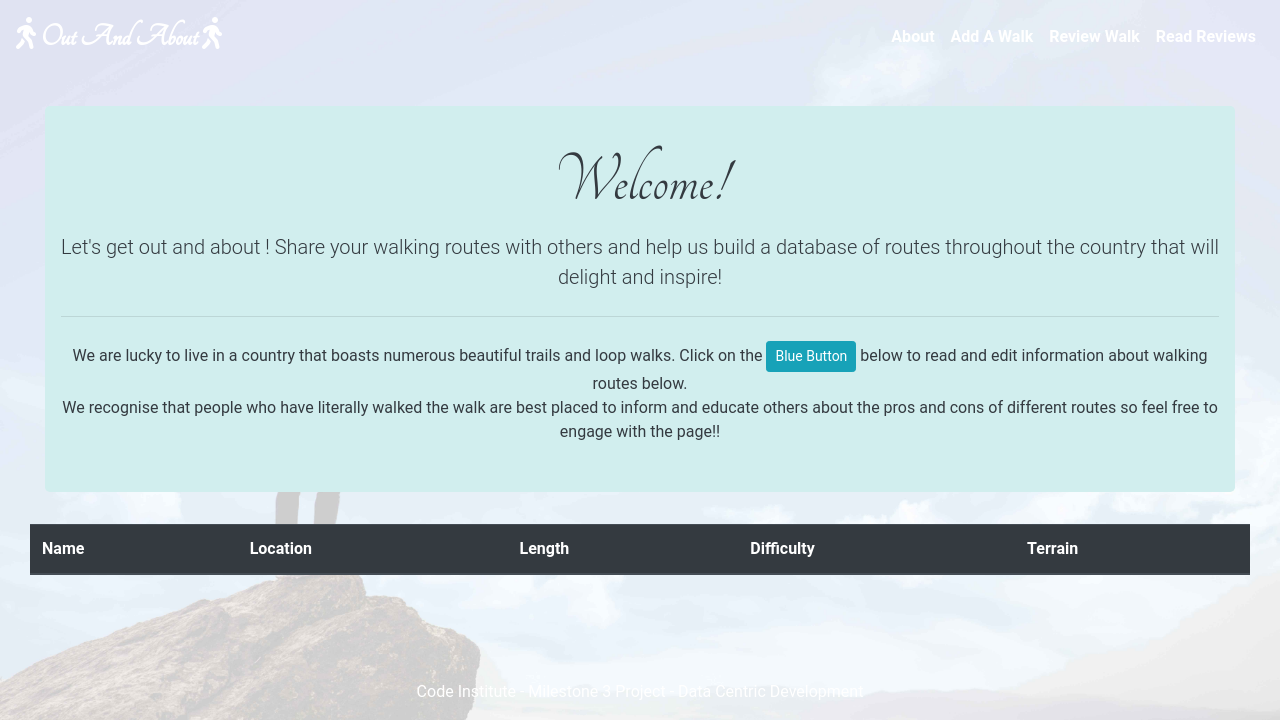
Repository: 5803emma/days-of-walking
Page: http://localhost/
The author's editor kept a record of every edit. The page is drawn from the files as they stood at one moment, then again after the next edit.
The browser window is 1280 px wide. The pictures show the whole page.
Some web libraries are served in a nearby version. The page is served by the project's application, run on Flask 3 (app.py). Queries for data that is not in the repository find no rows.

Above is the page before.

### templates/home.html
{% extends 'base.html'%} {% block content %}

<div class="container-fluid">

 <div class="row-welcome justify-content-center">
  <div class="col-12 text-dark">
   <div class="jumbotron">
    <h1 class="display-3">Welcome!</h1>
    <p class="lead" align="center">Let's get out and about ! Share your walking routes with others and help us build a database of routes throughout the country that will delight and inspire!</p>
    <hr class="my-4">
    <p align="center">We are lucky to live in a country that boasts numerous beautiful trails and loop walks. Click on the <button type="button" class="btn btn-info btn-sm">Blue Button</button> below to read and edit information about walking routes below.<br> We recognise that people who have literally walked the walk are best placed to inform and educate others about the pros and cons of different routes so feel free to engage with the page!!</p>
   </div>
  </div>
 </div>

<div class="row justify-content-center">
  <div class="col-12 table-responsive table-data">
   <table class="table table-hover">
    <thead class="thead-dark">
     <tr>
      <th scope="col">Name</th>
      <th scope="col">Location</th>
      <th scope="col">Length</th>
      <th scope="col">Difficulty</th>
      <th scope="col">Terrain</th>
     </tr>
    </thead>
    <tbody>

     {% for walk in walks %}
     <tr>
      <td><a class="btn btn-info btn-sm" href="{{url_for('edit_walk', walk_id=walk._id)}}" role="button">{{walk.walk_name}}</a></td>
      <td>{{walk.walk_location}}</td>
      <td>{{walk.walk_length}}</td>
      <td>{{walk.walk_difficulty}}</td>
      <td>{{walk.walk_terrain}}</td>
     </tr>
     {% endfor %}
    </tbody>
   </table>


  </div>
  {% endblock %}

### templates/base.html
<!DOCTYPE html>
<html>

<head>
    <link rel="stylesheet" href="https://stackpath.bootstrapcdn.com/bootstrap/4.4.1/css/bootstrap.min.css">
    <link rel="stylesheet" href="https://cdnjs.cloudflare.com/ajax/libs/font-awesome/5.12.0/css/all.min.css" />
    <link rel="stylesheet" href="{{ url_for('static', filename='css/style.css') }}" type="text/css" />
</head>

<body>
    <header>
        <nav class="navbar navbar-expand-md navbar-dark home-logo-text">
            <a class="navbar-brand" href="{{url_for('get_walks')}}"><i
                    class="fas fa-walking"></i> Out And About <i
                    class="fas fa-walking"></i></a>
            <button class="navbar-toggler" type="button" data-toggle="collapse" data-target="#navbarNavAltMarkup" aria-controls="navbarNavAltMarkup" aria-expanded="false" aria-label="Toggle navigation">
                <span class="navbar-toggler-icon"></span>
            </button>
            <div class="collapse navbar-collapse" id="navbarNavAltMarkup">
                <div class="navbar-nav ml-auto">
                    <a class="nav-item nav-link" href="{{url_for('about')}}">About</a>
                    <a class="nav-item nav-link" href="{{url_for('add_new_walk')}}">Add A Walk</a>
                    <a class="nav-item nav-link" href="{{url_for('walk_review')}}">Review Walk</a>
                     <a class="nav-item nav-link" href="{{url_for('read_review')}}">Read Reviews</a>
                </div>
            </div>

        </nav>
    </header>

    <!-- Container for injected templates -->
    <div class="container-fluid justify-content-center">


    {% block content %} {% endblock %}

 <!-- Footer -->
  <footer class="fixed-bottom">
    <div class="container-fluid">
      <p class="m-0 text-center text-white">Code Institute - Milestone 3 Project - Data Centric Development</p>
    </div>
    <!-- /.container -->
  </footer>

    <script src="https://code.jquery.com/jquery-3.4.1.slim.min.js"></script>
    <script src="https://cdn.jsdelivr.net/npm/popper.js@1.16.0/dist/umd/popper.min.js"></script>
    <script src="https://stackpath.bootstrapcdn.com/bootstrap/4.4.1/js/bootstrap.min.js"></script>
</body>

</html>

### app.py
import os
from flask import Flask, render_template, redirect, request, url_for
from flask_pymongo import PyMongo
from bson.objectid import ObjectId

app = Flask(__name__)

app.config["MONGO_DBNAME"] = 'walking_app'
app.config["MONGO_URI"] = 'mongodb+srv://root:johnbell@myfirstcluster-20lqh.mongodb.net/walking_app?retryWrites=true&w=majority'

mongo = PyMongo(app)

@app.route("/")
@app.route("/get_walks")
def get_walks():
    return render_template("home.html", walks=mongo.db.walks.find())

@app.route("/about")
def about():
    return render_template("about.html")


@app.route("/add_new_walk")
def add_new_walk():
    return render_template("add_walk.html")


@app.route("/insert_walk", methods=['POST'])
def insert_walk():
    walk = mongo.db.walks
    walk.insert_one(request.form.to_dict())
    return redirect(url_for('get_walks'))

# Update Information About Walk

@app.route("/edit_walk/<walk_id>")
def edit_walk(walk_id):
    the_walk = mongo.db.walks.find_one({"_id": ObjectId(walk_id)})
    return render_template("update_walk.html", walk=the_walk)

@app.route("/update_walk/<walk_id>", methods=["POST"])
def update_walk(walk_id):
    walk = mongo.db.walks
    walk.update({'_id': ObjectId(walk_id)}, {
        'walk_name' : request.form.get('walk_name'),
        'walk_location' : request.form.get('walk_location'),
        'walk_length' : request.form.get('walk_length'),
        'walk_difficulty' : request.form.get('walk_difficulty'),
        'walk_terrain' : request.form.get('walk_terrain')
    })
    return redirect(url_for('get_walks'))

# Delete Option

@app.route("/delete_walk/<walk_id>")
def delete_walk(walk_id):
    mongo.db.walks.remove({'_id': ObjectId(walk_id)})
    return redirect(url_for('get_walks'))

@app.route("/leave_review")
def walk_review():
    return render_template("walk_review.html", walks=mongo.db.walks.find())

# Sends the data that the user inserts to the database

@app.route("/walk_review", methods=['POST'])
def insert_review():
    review = mongo.db.reviews
    review.insert_one(request.form.to_dict())
    return redirect(url_for('walk_review'))


@app.route("/read_review")
def read_review():
    return render_template("read_reviews.html", reviews=mongo.db.reviews.find())

if __name__ == "__main__":
    app.run(host=os.environ.get("IP", "0.0.0.0"),
    port=int(os.environ.get("PORT", "5000")),
    debug=True)

### static/css/style.css
@import url('https://fonts.googleapis.com/css?family=Tangerine&display=swap');

body {
  background-image: url(../images/bg-image.jpg);
  background-color: #FAFAFA;
  background-repeat: no-repeat;
  background-size: cover;
  font-family: 'Roboto', sans-serif;
}

.navbar-dark .navbar-brand {
    color: #fff;
    font-weight: bold;
    font-family: "Tangerine", cursive;
    font-size: 2rem;
}

.navbar-dark .navbar-nav .nav-link {
    color: #fff;
    font-weight: bold;
}

h1, h2 {
  text-align: center;
  font-family: "Tangerine", cursive;
}

.jumbotron {
    margin-top: 2rem;
    padding: 2rem 1rem;
    margin-bottom: 2rem;
    background-color: #D1EEEE;
    border-radius: .3rem;
}

.display-4 {
    font-size: 3.5rem;
    font-weight: 300;
    line-height: 1.2;
    font-family: "Tangerine", cursive;
}

.row {
  margin-top: 1rem;
  margin-bottom: 1rem;
}

.media-body {
  margin-top: 10px;
}

.btn-success {
    color: #fff;
    background-color: #5F9F9F;
    border-color: #5F9F9F;
    margin-bottom: 20px;
}

.fixed-bottom {
    position: fixed;
    right: 0;
    bottom: 0;
    left: 0;
    z-index: 1030;
    height: 3rem;
    padding-top: 0.5rem;
}

After the next edit:
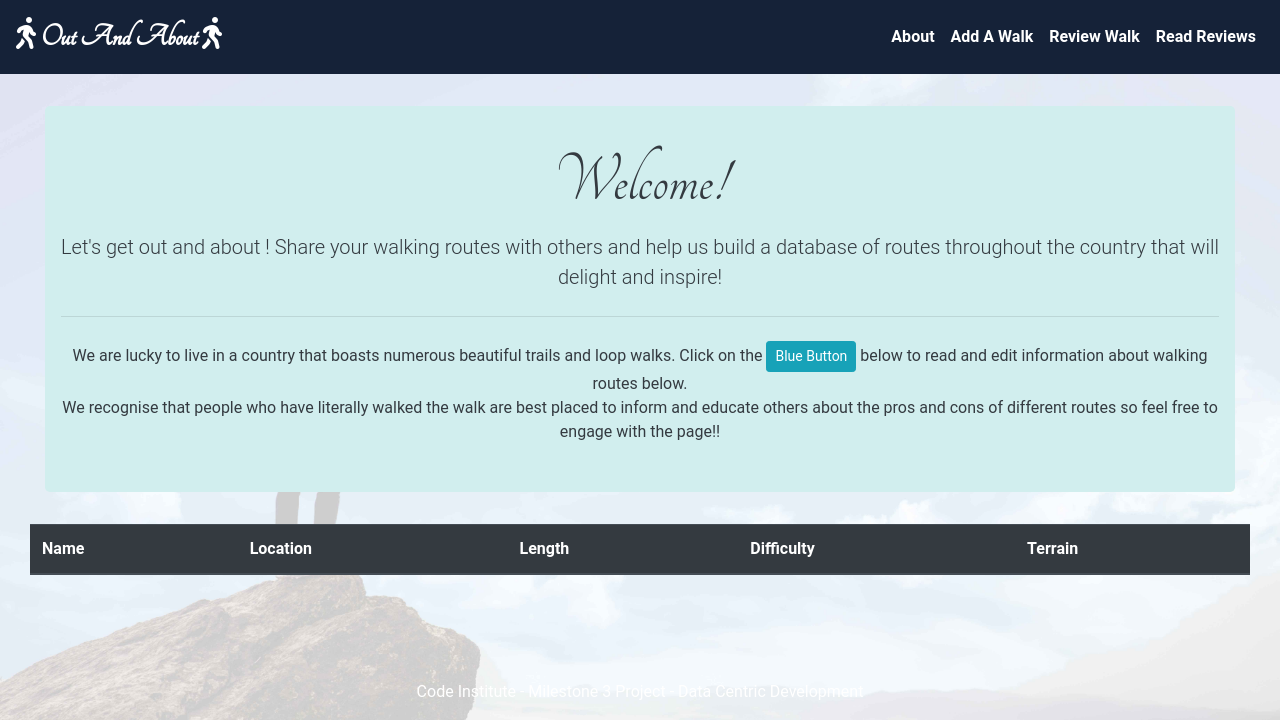
The edit:
--- a/static/css/style.css
+++ b/static/css/style.css
@@ -6,6 +6,10 @@
   background-repeat: no-repeat;
   background-size: cover;
   font-family: 'Roboto', sans-serif;
+}
+
+.navbar-dark {
+  background-color: #152238;
 }
 
 .navbar-dark .navbar-brand {
